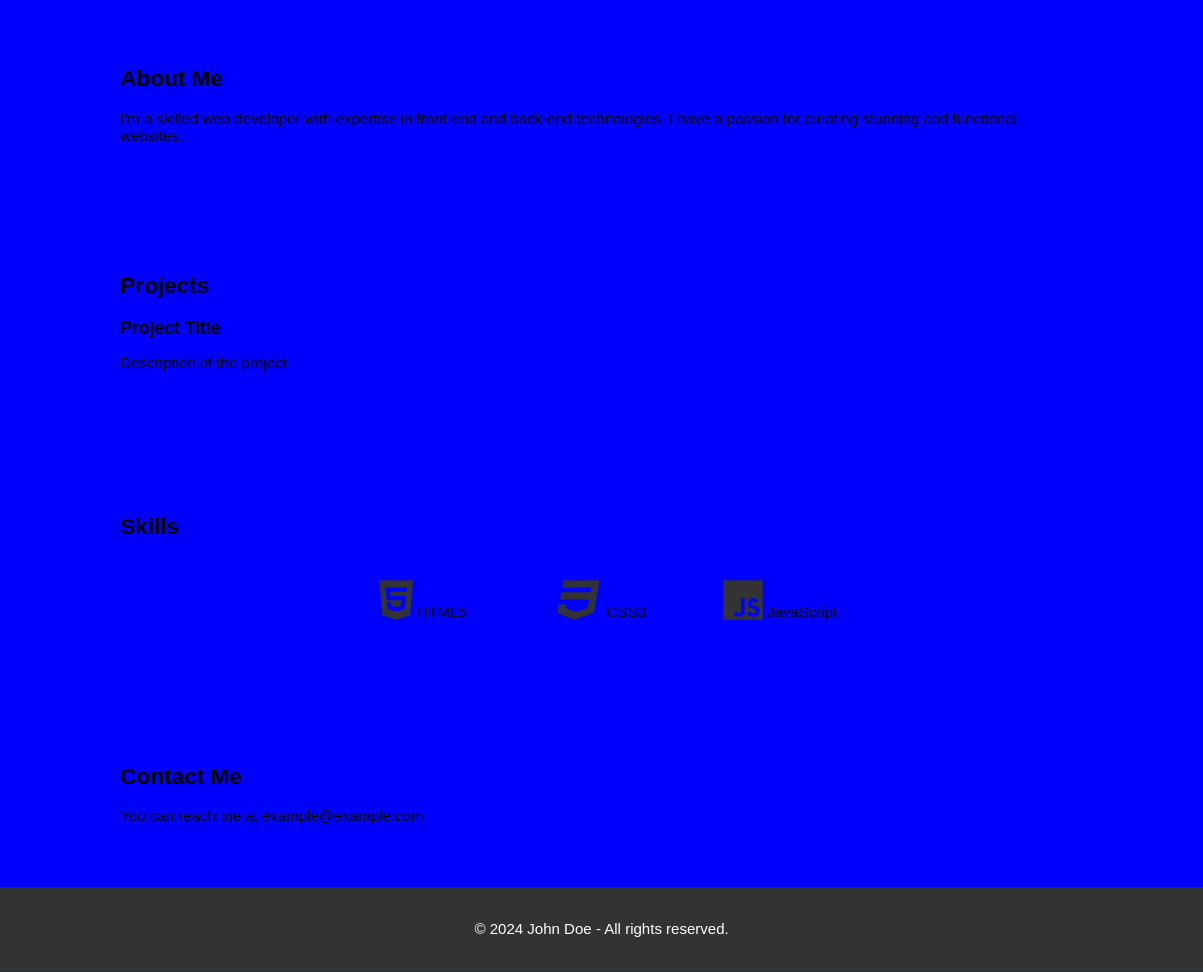
Repository: JaswanthT1/Portfolio
Page: index.html
These files come from the project's save history. The page is drawn as it stood at one moment and after the next save; the edit follows.
The browser window is 1280 px wide. The pictures show the part of the page from y = 718 to 1752 px (the page is 1752 px tall), at 94% of full size.

Above is the page before, as saved 2024-04-25 08:33:56.
Not found: script.js

### index.html
<!DOCTYPE html>
<html lang="en">
  <head>
    <meta charset="UTF-8" />
    <meta name="viewport" content="width=device-width, initial-scale=1.0" />
    <title>My Premium Portfolio</title>
    <link rel="stylesheet" href="style.css" />
    <link
      rel="stylesheet"
      href="https://cdnjs.cloudflare.com/ajax/libs/font-awesome/5.15.4/css/all.min.css"
    />
  </head>
  <body>
    <header>
      <div class="container">
        <h1>John Doe</h1>
        <nav>
          <ul>
            <li><a href="#about">About</a></li>
            <li><a href="#projects">Projects</a></li>
            <li><a href="#skills">Skills</a></li>
            <li><a href="#contact">Contact</a></li>
          </ul>
        </nav>
      </div>
    </header>

    <section id="hero">
      <div class="hero-content">
        <h2>Welcome to My Premium Portfolio</h2>
        <p>I'm a passionate developer ready to bring your projects to life.</p>
        <a href="#contact" class="btn">Hire Me</a>
      </div>
    </section>

    <section id="about">
      <div class="container">
        <h2>About Me</h2>
        <p>
          I'm a skilled web developer with expertise in front-end and back-end
          technologies. I have a passion for creating stunning and functional
          websites.
        </p>
      </div>
    </section>

    <section id="projects">
      <div class="container">
        <h2>Projects</h2>
        <div class="project">
          <h3>Project Title</h3>
          <p>Description of the project.</p>
        </div>
        <!-- Add more projects here -->
      </div>
    </section>

    <section id="skills">
      <div class="container">
        <h2>Skills</h2>
        <div class="skills">
          <div class="skill">
            <i class="fab fa-html5"></i>
            <span>HTML5</span>
          </div>
          <div class="skill">
            <i class="fab fa-css3"></i>
            <span>CSS3</span>
          </div>
          <div class="skill">
            <i class="fab fa-js"></i>
            <span>JavaScript</span>
          </div>
          <!-- Add more skills here -->
        </div>
      </div>
    </section>

    <section id="contact">
      <div class="container">
        <h2>Contact Me</h2>
        <p>You can reach me at example@example.com</p>
      </div>
    </section>

    <footer>
      <div class="container">
        <p>&copy; 2024 John Doe - All rights reserved.</p>
      </div>
    </footer>

    <script src="script.js"></script>
  </body>
</html>

### style.css
/* Basic styles */

body {
    font-family: Arial, sans-serif;
    margin: 0;
    padding: 0;
    background-color:blue;
}

.container {
    width: 80%;
    margin: 0 auto;
}

header {
    background-color: #333;
    color: #fff;
    padding: 20px 0;
}

header h1 {
    margin: 0;
}

nav ul {
    list-style: none;
    padding: 0;
}

nav ul li {
    display: inline;
    margin-right: 20px;
}

nav ul li a {
    color: #fff;
    text-decoration: none;
}

section {
    padding: 50px 0;
}

/* Hero section styles */

#hero {
    background-image: url('hero-bg.jpg');
    background-size: cover;
    background-position: center;
    color: #fff;
    text-align: center;
    padding: 200px 0;
}

.hero-content {
    max-width: 600px;
    margin: 0 auto;
}

.hero-content h2 {
    font-size: 36px;
    margin-bottom: 20px;
}

.hero-content p {
    font-size: 18px;
    margin-bottom: 40px;
}

.btn {
    display: inline-block;
    background-color: #333;
    color: #fff;
    padding: 10px 20px;
    text-decoration: none;
    border-radius: 5px;
}

.btn:hover {
    background-color: #555;
}

/* Project section styles */

.project {
    margin-bottom: 30px;
}

.project h3 {
    margin-top: 0;
}

/* Skills section styles */

.skills {
    display: flex;
    flex-wrap: wrap;
    justify-content: center;
}

.skill {
    text-align: center;
    margin: 0 20px;
    padding: 20px 0;
    width: 150px;
}

.skill i {
    font-size: 48px;
    margin-bottom: 10px;
    color: #333;
}

/* Footer styles */

footer {
    background-color: #333;
    color: #fff;
    text-align: center;
    padding: 20px 0;
}

After the next save:
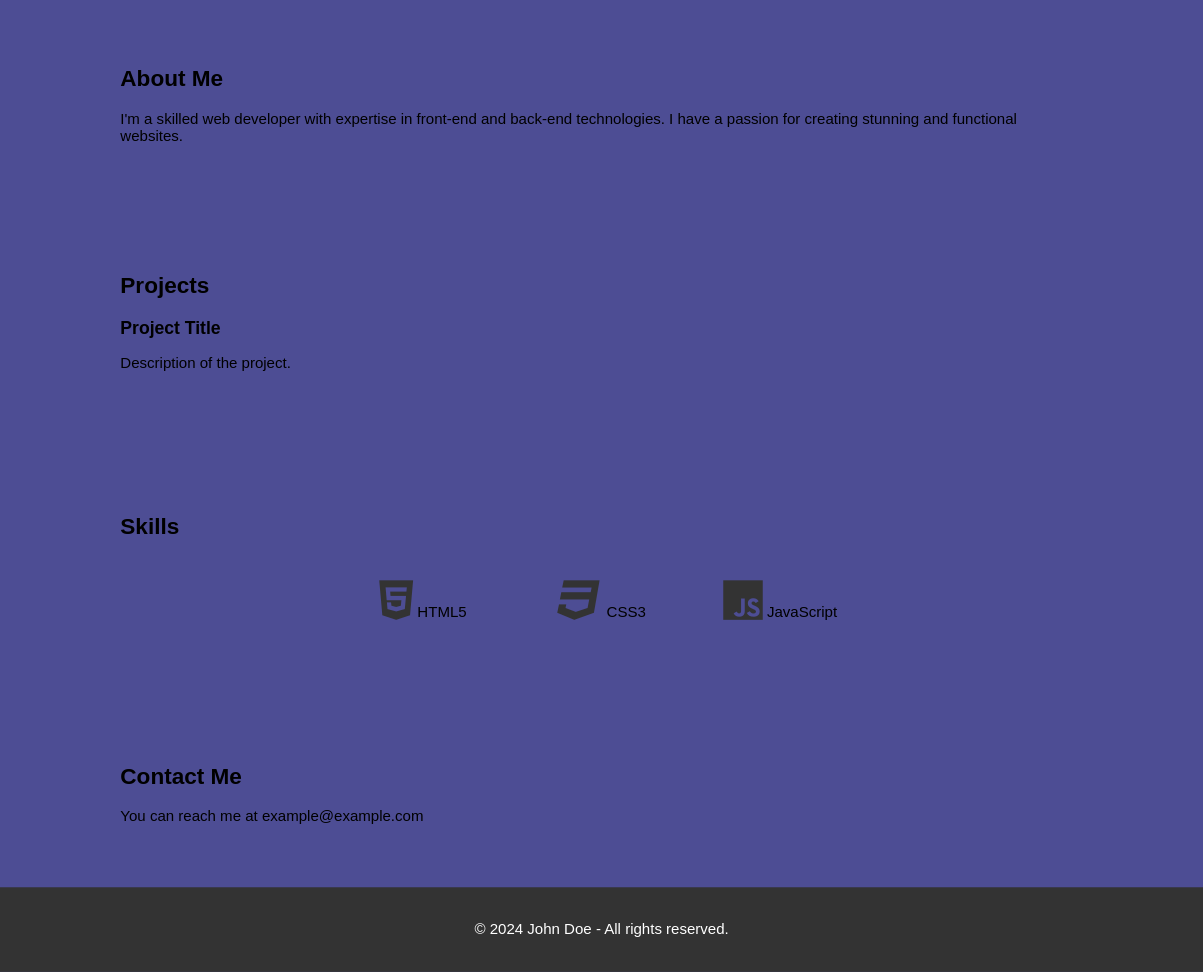
Saved 29 s later.
--- a/style.css
+++ b/style.css
@@ -4,7 +4,7 @@ body {
     font-family: Arial, sans-serif;
     margin: 0;
     padding: 0;
-    background-color:blue;
+    background-color:rgb(77, 77, 148);
 }
 
 .container {
